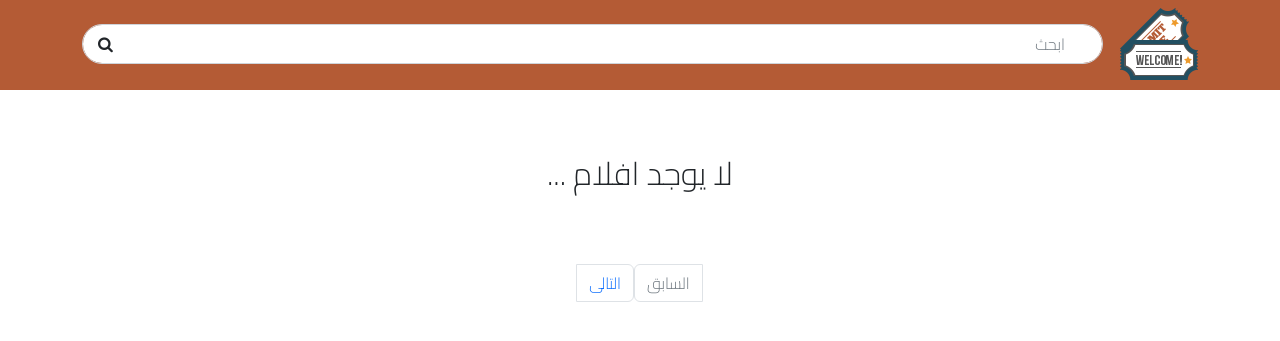
Repository: amralhawi123/Movies
Page: /
An editor plug-in stored every save of this project. The page is shown before and after a run of saves, followed by the edit.
The browser window is 1280 px wide. The pictures show the whole page.
The page's requests for data from a server got no answer. The project was rebuilt for these pictures with package versions that can differ from the ones it lists, and the page was loaded fresh each time. No one was signed in, and anything a server would have sent is missing. Also part of the build but not shown: src/Components/CardMovie.js, src/Components/MovisDetails.js.

Above is the page before, as saved 2023-04-06 02:11:24.

### public/index.html
<!DOCTYPE html>
<html dir="rtl" lang="ar">
  <head>
    <meta charset="utf-8" />
    <link rel="icon" href="%PUBLIC_URL%/favicon.ico" />
    <meta name="viewport" content="width=device-width, initial-scale=1" />
    <meta name="theme-color" content="#000000" />
    <meta
      name="description"
      content="Web site created using create-react-app"
    />
    <link rel="apple-touch-icon" href="%PUBLIC_URL%/logo192.png" />
    <link rel="manifest" href="%PUBLIC_URL%/manifest.json" />
    <link
      rel="stylesheet"
      href="https://cdn.jsdelivr.net/npm/bootstrap@5.1.3/dist/css/bootstrap.min.css"
      integrity="sha384-1BmE4kWBq78iYhFldvKuhfTAU6auU8tT94WrHftjDbrCEXSU1oBoqyl2QvZ6jIW3"
      crossorigin="anonymous"
    />
    <link rel="preconnect" href="https://fonts.googleapis.com" />
    <link rel="preconnect" href="https://fonts.gstatic.com" crossorigin />
    <link
      href="https://fonts.googleapis.com/css2?family=Almarai:wght@300;400;700;800&family=Cairo:wght@300&display=swap"
      rel="stylesheet"
    />
    <link
      rel="stylesheet"
      href="https://cdnjs.cloudflare.com/ajax/libs/font-awesome/4.7.0/css/font-awesome.min.css"
    />
    <title>Movies</title>
  </head>
  <body>
    <noscript>You need to enable JavaScript to run this app.</noscript>
    <div id="root"></div>
  </body>
</html>

### src/index.css
body {
  margin: 0;
}
.color-body {
  background-color: white;
  height: 100vh;
}
.nav-style {
  height: 90px;
  width: 1440px;
  background-color: #b45b35;
}

.logo {
  height: 72px;
  width: 78px;
}

.search {
  position: relative;
}

.search input {
  height: 40px;
  text-indent: 25px;
  border-radius: 20px;
}

.search input:focus {
  box-shadow: none;
  border: 2px solid red;
}
.search .fa-search {
  position: absolute;
  top: 12px;
  left: 16px;
}

.card {
  position: relative;
  transition: all 0.5s ease-in;
  cursor: pointer;
  height: 375px;
}

.card__image {
  display: block;
  width: 100%;
  height: 100%;
  border-radius: 5px;
}

.card__overlay {
  position: absolute;
  top: 0;
  bottom: 0;
  left: 0;
  right: 0;
  height: 100%;
  width: 100%;
  opacity: 0;
  visibility: none;
  transition: 0.5s ease;
  background-color: #393839;
}

.card:hover .card__overlay {
  opacity: 0.8;
}

.overlay__text {
  color: white;
  font-size: 16px;
  font-weight: bold;
  position: absolute;
  top: 50%;
  left: 50%;
  -webkit-transform: translate(-50%, -50%);
  -ms-transform: translate(-50%, -50%);
  transform: translate(-50%, -50%);
}

.font {
  font-family: "Almarai", sans-serif;
  font-family: "Cairo", sans-serif;
}

.color {
  color: #b45b35;
  background-color: #b45b35;
}

.card-detalis {
  height: 370px;
  border-radius: 20px;
  background-color: #f8f8f8;
}
.card-story {
  height: 300px;
  border-radius: 20px;
  background-color: #f8f8f8;
}
.img-movie {
  height: 360px;
  padding: 10px;
  border-radius: 20px;
}

.card-text-details {
  color: #555555;
  font-family: Almarai;
  font-size: 28px;
  font-weight: bold;
  letter-spacing: 0;
  line-height: 49px;
}

.card-text-story {
  color: #555555;
  font-family: Almarai;
  font-size: 18px;
  letter-spacing: 0;
  line-height: 32px;
}
.card-text-title {
  color: #555555;
  font-family: Almarai;
  font-size: 36px;
  font-weight: bold;
  letter-spacing: 0;
  line-height: 49px;
}

### src/App.js
import { Container } from "react-bootstrap";
import { BrowserRouter, Routes, Route} from 'react-router-dom'
import NavBar from "./Components/NaveBar";
import MovesList from './Components/MovesList';
import axios from 'axios'
import { useEffect, useState } from "react";
import MovisDetails from "./Components/MovisDetails";
function App() {

  const [movies, setmovies] = useState([])
  const [PageCount, setPageCount] = useState(0)

  // get all movies
  const getallMovis = async () => {
    const res = await axios.get("https://api.themoviedb.org/3/movie/popular?api_key=52ef927bbeb21980cd91386a29403c78&language=ar-US")
    setmovies(res.data.results)
    setPageCount(res.data.total_pages)
  }

  // get Currnt Page
  const getPage = async (page) => {
    const res = await axios.get(`https://api.themoviedb.org/3/movie/popular?api_key=52ef927bbeb21980cd91386a29403c78&language=ar-US&page=${page}`)
    setmovies(res.data.results)
    setPageCount(res.data.total_pages)
  }

  useEffect(() => {
  getallMovis()
  }, [])

  // search
  const search = async (word) => {
    if (word === "") {
      getallMovis()
    } else{
    const res = await axios.get(`https://api.themoviedb.org/3/search/movie?api_key=52ef927bbeb21980cd91386a29403c78&query=${word}&language=ar-US`)
    setmovies(res.data.results)
    setPageCount(res.data.total_pages)
  }
}

  return (
    <div className="font color-body ">
      <NavBar search={search}/>
      <Container>
        <BrowserRouter>
          <Routes>
            <Route path="/" element={<MovesList movies={movies} getPage={getPage} PageCount={PageCount}/>}/>
            <Route path="/movie/:id" element={<MovisDetails movies={movies}/>}/>
          </Routes>
        </BrowserRouter>
      </Container>
    </div>
  );
}

export default App;

### src/Components/NaveBar.js
import React from 'react'
import { Container } from 'react-bootstrap'
import logo from '../images/logo.png'
import { Row } from 'react-bootstrap';
import { Col } from 'react-bootstrap';

const NavBar = ({search}) => {

  const Onsearch = (word) => {
    search(word)
  }
  return (
    <div className="nav-style w-100">
      <Container>
        <Row className="pt-2 ">
          <Col xs="2" lg="1">
            <a href="/">
              <img className="logo" src={logo} alt="dfs" />
            </a>
          </Col>
          <Col xs="10" lg="11" className=" d-flex align-items-center">
            <div className="search  w-100">
              <i className="fa fa-search"></i>
              <input onChange={(e) => Onsearch(e.target.value)} type="text" className="form-control" placeholder="ابحث" />
            </div>
          </Col>
        </Row>
      </Container>
    </div>
  );
}

export default NavBar

### src/Components/MovesList.js
import React from "react";
import { Row } from "react-bootstrap";
import CardMovie from "./CardMovie";
import PaginationComponent from './Pagination'
const MovesList = ({movies, getPage, PageCount}) => {
  return (
    <Row className="mt-3">
      {movies.length >= 1 ? (movies.map((mov) => {
        return (<CardMovie mov={mov} key={mov.id}/>)
      })) : <h2 className="text-center p-5"> لا يوجد افلام ...</h2>}
      {movies.length >= 1 ?<PaginationComponent getPage={getPage} PageCount={PageCount}/>
: null}
      <PaginationComponent getPage={getPage} PageCount={PageCount}/>
    </Row>
  );
};

export default MovesList

### src/Components/Pagination.js
import React from 'react'
import ReactPaginate from 'react-paginate';

const PaginationComponent = ({getPage, PageCount}) => {

    const handlePageClick = (data) => {
      getPage(data.selected + 1)
  }

    return (
        <ReactPaginate
            breakLabel="..."
            nextLabel="التالى"
            onPageChange={handlePageClick}
            marginPagesDisplayed={2}
            pageRangeDisplayed={2}
            pageCount={PageCount}
            previousLabel="السابق"
            containerClassName={"pagination justify-content-center p-3"}
            pageClassName={"page-item"}
            pageLinkClassName={"page-link"}
            previousClassName={"page-item"}
            nextClassName={"page-item"}
            previousLinkClassName={"page-link"}
            nextLinkClassName={"page-link"}
            breakClassName={"page-item"}
            breakLinkClassName={"page-link"}
            activeClassName={"active"}
        />
    )
}

export default PaginationComponent

Loaded but not shown: src/index.js (common file)

After the next 2 saves:
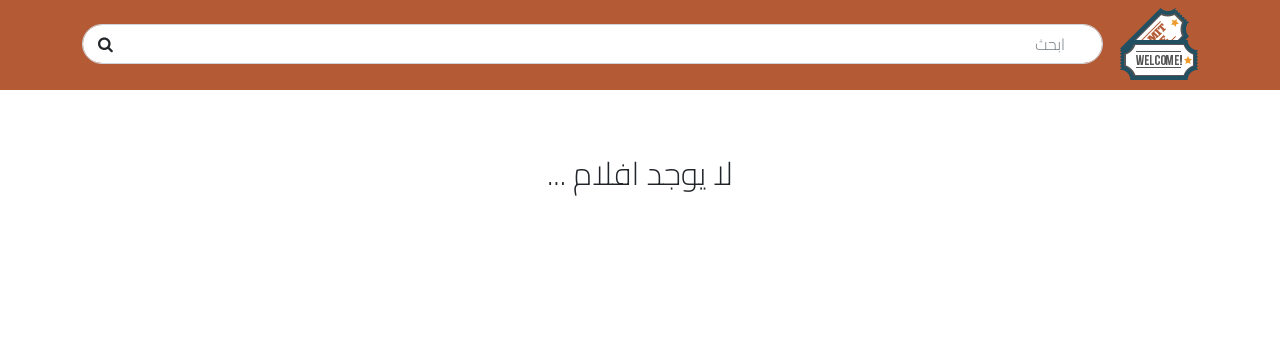
The 2 saves are shown as one change because they came seconds apart.
The last was saved 10 s later.
--- a/src/Components/MovesList.js
+++ b/src/Components/MovesList.js
@@ -10,7 +10,6 @@ const MovesList = ({movies, getPage, PageCount}) => {
       })) : <h2 className="text-center p-5"> لا يوجد افلام ...</h2>}
       {movies.length >= 1 ?<PaginationComponent getPage={getPage} PageCount={PageCount}/>
 : null}
-      <PaginationComponent getPage={getPage} PageCount={PageCount}/>
     </Row>
   );
 };
